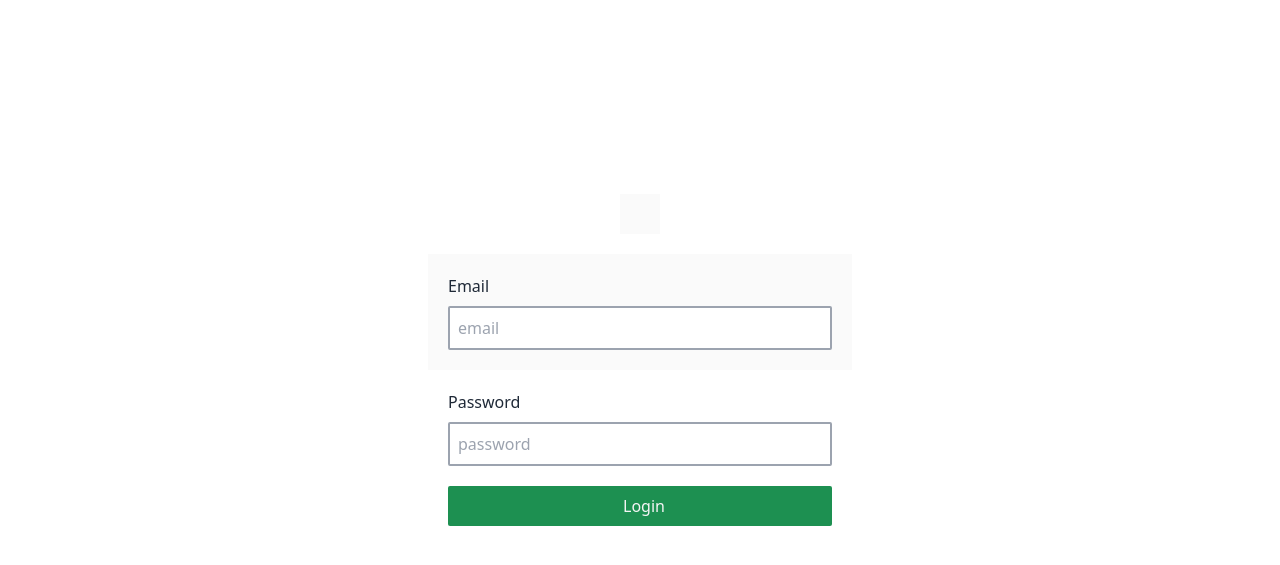
Repository: Sanaa00/Green-Exchange-AdminPanel
Page: /
The author's editor kept a copy of each file at every save. The page is drawn from the files as they stood at one save, then again after the next save.
The browser window is 1280 px wide. The pictures show the whole page.
The project was rebuilt for these pictures with package versions that can differ from the ones it lists, and the page was loaded fresh each time. Also part of the build but not shown: vite.config.js, src/Component/Pagination.jsx, src/Pages/HideProducts.jsx, src/features/products.jsx, src/Component/Loading.jsx, src/Pages/Products.jsx, src/Component/Logo.jsx, src/Component/Sidbar.jsx and 8 more.

Above is the page before, as saved 2024-01-29 20:56:50.

### src/main.jsx
import React from 'react';
import ReactDOM from 'react-dom/client';
import App from './App.jsx';
import './index.css';
import { BrowserRouter } from 'react-router-dom';
import { Provider } from 'react-redux';
import store from './store.jsx';

ReactDOM.createRoot(document.getElementById('root')).render(
  <React.StrictMode>
    <BrowserRouter>
      <Provider store={store}>
        <App />
      </Provider>
    </BrowserRouter>
  </React.StrictMode>,
);

### src/App.jsx
import { Route, Routes } from 'react-router-dom';
import './App.css';
import HideProducts from './Pages/HideProducts';
import Products from './Pages/Products';
import Sidbar from './Component/Sidbar';
import Dashboard from './Pages/Dashboard';
import Setting from './Pages/Setting';
import Login from './Pages/Login';

function App() {
  return (
    <>
      <Routes>
        <Route path="/sidbar" element={<Sidbar />}>
          <Route path="sidbar" element={<Dashboard />} />
          <Route path="products" element={<Products />} />
          <Route path="setting" element={<Setting />} />
          <Route path="hide" element={<HideProducts />} />
        </Route>
        <Route path="/" element={<Login />} />
      </Routes>
    </>
  );
}

export default App;

### src/store.jsx
import { configureStore } from '@reduxjs/toolkit';
import { apiSlice } from './features/api';
export const store = configureStore({
  reducer: {
    [apiSlice.reducerPath]: apiSlice.reducer,
  },
  middleware: (getDefaultMiddleware) =>
    getDefaultMiddleware().concat(apiSlice.middleware),
});
export default store;

### src/Pages/Login.jsx
import { useEffect, useState } from 'react';
import PrimaryButton from '../Component/PrimaryButton';
import { useLoginMutation } from '../features/auth';
import { Navigate } from 'react-router-dom';

function Login() {
  const [login, { data, isError, isLoading, isSuccess }] = useLoginMutation();
  // console.log(data?.data?.data?.data);
  const [formData, setFormData] = useState({
    email: '',
    password: '',
  });
  console.log('login', data?.data, isError, isLoading, isSuccess);
  const handleInput = (e) => {
    setFormData({ ...formData, [e.target.name]: e.target.value });
  };
  const handleFormData = () => {
    console.log(formData);
    login(formData);
    //add to route
  };

  // useEffect(() => {
  //   localStorage.setItem('admin', data?.data?.data);
  // }, [data]);
  useEffect(() => {
    if (!isError && !isLoading && data && data?.status == 'success') {
      //  data?.status == 'success'
      //  ?
      JSON.stringify(localStorage.setItem('admin', JSON.stringify(data?.data)));
      //  : setThereUser('user not found');
    }
  }, [data, isError, isLoading]);
  if (data?.status == 'success' && data?.data?.token)
    return <Navigate to="/sidbar" replace />;

  return (
    <div className="flex flex-col text-gray-800 items-center justify-center h-screen ">
      <div className="bg-neutral-50 p-5"></div>
      <div className="mt-5 flex flex-col bg-neutral-50 p-5">
        <label htmlFor="Username">Email</label>
        <input
          id="email"
          value={formData.email}
          onChange={(e) => handleInput(e)}
          required={true}
          name="email"
          className="mt-2 w-96 focus:outline-none border-2 py-2 rounded-sm p-2 hover:duration-300 duration-300 border-gray-400 hover:border-gray-500 focus:border-green"
          placeholder="email"
        />
      </div>

      <div className="mt-5 flex flex-col">
        <label htmlFor="Password">Password</label>
        <input
          id="password"
          value={formData.password}
          onChange={(e) => handleInput(e)}
          required={true}
          name="password"
          className="mt-2 w-96 focus:outline-none border-2 py-2 rounded-sm p-2 hover:duration-300 duration-300 border-gray-400 hover:border-gray-500 focus:border-green "
          placeholder="password"
        />
      </div>
      <div className="mt-5">
        <PrimaryButton
          text="Login"
          color={'green'}
          widthbutton={'24rem'}
          textColor="neutral-100"
          align={'center'}
          onClick={() => handleFormData()}
        />
      </div>
    </div>
  );
}

export default Login;

### src/features/api.jsx
import { createApi, fetchBaseQuery } from '@reduxjs/toolkit/query/react';

export const apiSlice = createApi({
  reducerPath: 'api',
  baseQuery: fetchBaseQuery({
    baseUrl: import.meta.env.VITE_BACK_END,
    //     tagTypes: ['userData', 'products', 'profile'],
    prepareHeaders: (headers) => {
      const data = JSON.parse(localStorage.getItem('userData'));
      const token = data?.token;
      if (token) {
        headers.set('Authorization', `Bearer ${token}`);
      }

      return headers;
    },
  }),
  endpoints: () => ({}),
});

### utility.jsx
import { BiSolidDashboard } from 'react-icons/bi';
import { TbShoe } from 'react-icons/tb';
import { TbShoeOff } from 'react-icons/tb';
import { IoSettingsSharp } from 'react-icons/io5';
import { FaRegUser } from 'react-icons/fa6';
import { TbProgress } from 'react-icons/tb';
import { FiActivity } from 'react-icons/fi';
export const sidbarItem = [
  {
    id: 1,
    name: 'Dashboard',
    url: 'sidbar',
    icon: <BiSolidDashboard className="w-6 h-6" />,
  },
  {
    id: 2,
    name: 'Products',
    url: 'products',
    icon: <TbShoe className="w-6 h-6" />,
  },
  {
    id: 3,
    name: 'Hide Products',
    url: 'hide',
    icon: <TbShoeOff className="w-6 h-6" />,
  },
  {
    id: 4,
    name: 'Setting',
    url: 'setting',
    icon: <IoSettingsSharp className="w-6 h-6" />,
  },
];
export const products = [
  {
    id: 1,
    name: 'product 1',
    url: 'https://images.unsplash.com/photo-1560769629-975ec94e6a86?q=80&w=1964&auto=format&fit=crop&ixlib=rb-4.0.3&ixid=M3wxMjA3fDB8MHxwaG90by1wYWdlfHx8fGVufDB8fHx8fA%3D%3D',
  },
  {
    id: 2,
    name: 'product 2',
    url: 'https://images.unsplash.com/photo-1560769629-975ec94e6a86?q=80&w=1964&auto=format&fit=crop&ixlib=rb-4.0.3&ixid=M3wxMjA3fDB8MHxwaG90by1wYWdlfHx8fGVufDB8fHx8fA%3D%3D',
  },
  {
    id: 3,
    name: 'product 3',
    url: 'https://images.unsplash.com/photo-1560769629-975ec94e6a86?q=80&w=1964&auto=format&fit=crop&ixlib=rb-4.0.3&ixid=M3wxMjA3fDB8MHxwaG90by1wYWdlfHx8fGVufDB8fHx8fA%3D%3D',
  },
  {
    id: 4,
    name: 'product 4',
    url: 'https://images.unsplash.com/photo-1560769629-975ec94e6a86?q=80&w=1964&auto=format&fit=crop&ixlib=rb-4.0.3&ixid=M3wxMjA3fDB8MHxwaG90by1wYWdlfHx8fGVufDB8fHx8fA%3D%3D',
  },
  {
    id: 5,
    name: 'product 5',
    url: 'https://images.unsplash.com/photo-1560769629-975ec94e6a86?q=80&w=1964&auto=format&fit=crop&ixlib=rb-4.0.3&ixid=M3wxMjA3fDB8MHxwaG90by1wYWdlfHx8fGVufDB8fHx8fA%3D%3D',
  },
  {
    id: 6,
    name: 'product 6',
    url: 'https://images.unsplash.com/photo-1560769629-975ec94e6a86?q=80&w=1964&auto=format&fit=crop&ixlib=rb-4.0.3&ixid=M3wxMjA3fDB8MHxwaG90by1wYWdlfHx8fGVufDB8fHx8fA%3D%3D',
  },
];

export const UnHideProducts = [
  {
    id: 1,
    name: 'product 1',
    url: 'https://images.unsplash.com/photo-1560769629-975ec94e6a86?q=80&w=1964&auto=format&fit=crop&ixlib=rb-4.0.3&ixid=M3wxMjA3fDB8MHxwaG90by1wYWdlfHx8fGVufDB8fHx8fA%3D%3D',
  },
  {
    id: 2,
    name: 'product 2',
    url: 'https://images.unsplash.com/photo-1560769629-975ec94e6a86?q=80&w=1964&auto=format&fit=crop&ixlib=rb-4.0.3&ixid=M3wxMjA3fDB8MHxwaG90by1wYWdlfHx8fGVufDB8fHx8fA%3D%3D',
  },
  {
    id: 3,
    name: 'product 3',
    url: 'https://images.unsplash.com/photo-1560769629-975ec94e6a86?q=80&w=1964&auto=format&fit=crop&ixlib=rb-4.0.3&ixid=M3wxMjA3fDB8MHxwaG90by1wYWdlfHx8fGVufDB8fHx8fA%3D%3D',
  },
  {
    id: 4,
    name: 'product 4',
    url: 'https://images.unsplash.com/photo-1560769629-975ec94e6a86?q=80&w=1964&auto=format&fit=crop&ixlib=rb-4.0.3&ixid=M3wxMjA3fDB8MHxwaG90by1wYWdlfHx8fGVufDB8fHx8fA%3D%3D',
  },
  {
    id: 5,
    name: 'product 5',
    url: 'https://images.unsplash.com/photo-1560769629-975ec94e6a86?q=80&w=1964&auto=format&fit=crop&ixlib=rb-4.0.3&ixid=M3wxMjA3fDB8MHxwaG90by1wYWdlfHx8fGVufDB8fHx8fA%3D%3D',
  },
  {
    id: 6,
    name: 'product 6',
    url: 'https://images.unsplash.com/photo-1560769629-975ec94e6a86?q=80&w=1964&auto=format&fit=crop&ixlib=rb-4.0.3&ixid=M3wxMjA3fDB8MHxwaG90by1wYWdlfHx8fGVufDB8fHx8fA%3D%3D',
  },
];

export const total = [
  {
    id: 1,
    name: 'total user',
    icon: <FaRegUser />,
    number: 20,
  },
  {
    id: 2,
    name: 'total Activity',
    icon: <FiActivity />,
    number: 20,
  },
  {
    id: 3,
    name: 'total Product',
    icon: <TbShoe className="w-10 h-10" />,
    number: 20,
  },
  {
    id: 4,
    name: 'total order',
    icon: <TbProgress />,
    number: 20,
  },
];

### src/Component/PrimaryButton.jsx
/* eslint-disable react/prop-types */
// eslint-disable-next-line react/prop-types
function PrimaryButton({
  widthbutton,
  text,
  icon,
  color,
  textColor,
  align,
  onClick,
}) {
  return (
    <button
      onClick={onClick}
      //  onclick={onclick}
      style={{ width: widthbutton }}
      className={`rounded-sm py-1 text-neutral0 flex items-center bg-${color} text-${textColor} py-2 text-${align}`}
    >
      {icon}
      <span className="ml-2 w-full">{text}</span>
    </button>
  );
}

export default PrimaryButton;

### src/features/auth.jsx
import { apiSlice } from './api';

const authApi = apiSlice.injectEndpoints({
  endpoints: (builder) => ({
    signup: builder.mutation({
      query: (body) => ({
        url: 'api/user/signupauth/',
        method: 'POST',
        body: body,
      }),
    }),

    login: builder.mutation({
      query: (body) => ({
        url: 'api/user/admin',
        method: 'POST',
        body: body,
      }),
      invalidatesTags: ['userData'],
    }),
  }),
});

export const { useSignupMutation, useLoginMutation } = authApi;

### tailwind.config.js
/** @type {import('tailwindcss').Config} */
export default {
  content: ['./index.html', './src/**/*.{js,ts,jsx,tsx}'],
  theme: {
    extend: {
      fontFamily: {
        english: 'english',
        kurdish: 'kurdish',
        ubuntu: 'ubuntu',
      },
      colors: {
        green: '#1d9051',
        jade: {
          50: '#ebfef6',
          100: '#d0fbe6',
          200: '#a4f6d2',
          300: '#6aebbc',
          400: '#2fd89f',
          500: '#0abf88',
          600: '#00aa7a',
          700: '#007c5c',
          800: '#03624a',
          900: '#04503e',
          950: '#012d24',
        },
      },
    },
  },
  plugins: [],
};

// TODO:
// 1 - loading
// 2 - checky lengthy productakan bkamwa agar 0 bu illustration dabnem
// 3 - pagination tawaw kam katek data habu
// 4-

Loaded but not shown: index.html (common file); src/index.css (common file); src/App.css (common file)

After the next save:
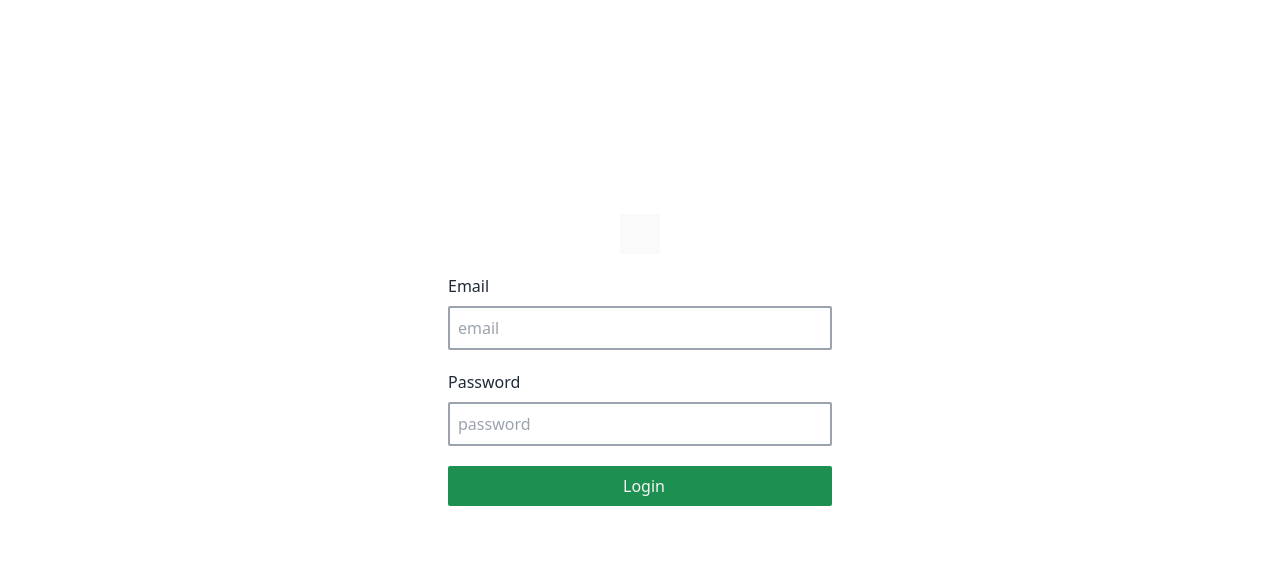
Saved 6 s later.
--- a/src/Pages/Login.jsx
+++ b/src/Pages/Login.jsx
@@ -37,7 +37,7 @@ function Login() {
   return (
     <div className="flex flex-col text-gray-800 items-center justify-center h-screen ">
       <div className="bg-neutral-50 p-5"></div>
-      <div className="mt-5 flex flex-col bg-neutral-50 p-5">
+      <div className="mt-5 flex flex-col ">
         <label htmlFor="Username">Email</label>
         <input
           id="email"
